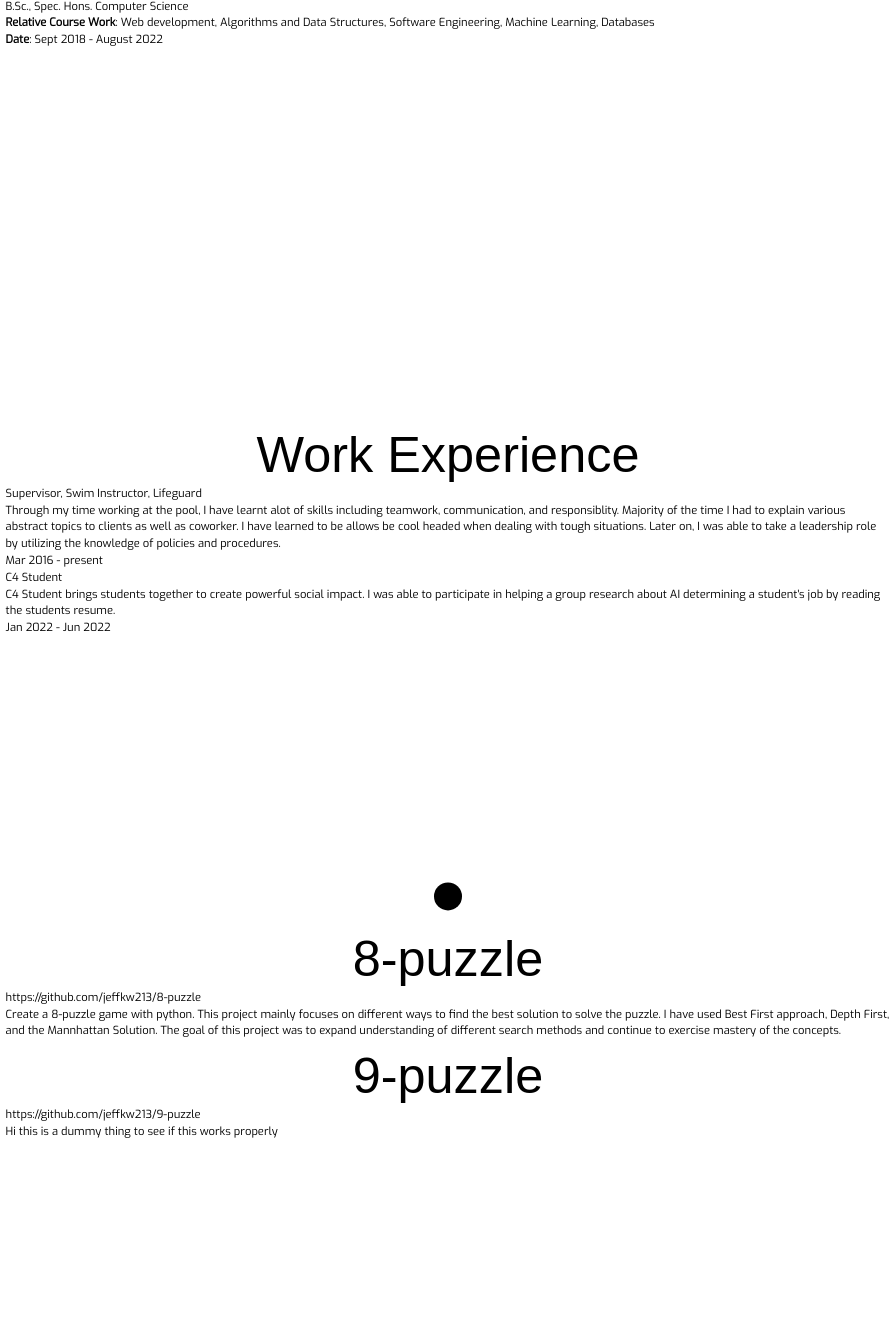
Repository: Jeffkw213/profile_website
Page: /
An editor plug-in stored every save of this project. The page is shown before and after the next save, followed by the edit.
The browser window is 1280 px wide. The pictures show the part of the page from y = 852 to 2772 px (the page is 2960 px tall), at 70% of full size.
Some web fonts or font styles are not loaded; a fallback is used. The project was rebuilt for these pictures with package versions that can differ from the ones it lists, and the page was loaded fresh each time. Also part of the build but not shown: vite.config.js.

Above is the page before, as saved 2022-09-30 15:44:15.

### src/index.jsx
import React from 'react';
import ReactDOM from 'react-dom/client';
import App from './App';
import reportWebVitals from './reportWebVitals';
import './index.css';

// DOM creates an instance of your App component, though it can also pass simple JSX without any component instantiation
const root = ReactDOM.createRoot(document.getElementById('root'));
root.render(
  <React.StrictMode>
    <App />
  </React.StrictMode>
);

// If you want to start measuring performance in your app, pass a function
// to log results (for example: reportWebVitals(console.log))
// or send to an analytics endpoint. Learn more: https://bit.ly/CRA-vitals
reportWebVitals();

### src/App.jsx
import Education from './components/Education';
import Nav from './components/Nav';
import Projects from './components/Projects';
import Title from './components/Title';
import Work from './components/Work';
import records from './data/records.json';
import Navitop from './components/NavigationTop';
const App = () => {
  return (
    <div className="scroll-smooth w-full box-border relative font-Exo min-w-[800]">
      <Navitop />
      <Title {...records.Who} />
      <Education {...records.Education} />
      <Work employ={records.Employment} />
      <Projects />
      <Nav {...records.Social} />
    </div>
  );
};

export default App;

### src/index.css
@import url('https://fonts.googleapis.com/css2?family=Exo:wght@100;400&display=swap');
@import url('http://fonts.cdnfonts.com/css/nexa-bold');

@tailwind base;
@tailwind components;
@tailwind utilities;

@layer base{
    html{
        scroll-behavior: smooth;
    }
}

### src/components/Education.jsx
export default function Education(props) {
  return (
    <div className=" h-screen p-2" id="education">
      <div>
        <h1 className="font-Nexa text-4xl sm:text-7xl text-center pt-4 pb-2">Education</h1>
      </div>
      <p>{props.School}</p>
      <p>{props.Degree}</p>
      <p><strong>Relative Course Work</strong>: {props.RelatativeCoursework}</p>
      <p>
      <strong>Date</strong>: {props.Start} - {props.Graduation}
      </p>
    </div>



  );
}

### src/components/Nav.jsx
//This is gonna be the navigation bar
//Need to create a list of
import Git from '../data/GitHub-Mark-64px.png';
import Linkedin from '../data/LI-In-Bug.png';
import Gmail from '../data/Gmail_Logo_64px.png';
export const List = (props) => (
  <nav className="flex justify-center">
    <ul className="">
      <li className="inline-block">
        <a href={props.Linkedin} target="_blank" rel="noopener noreferrer">
          <img src={Linkedin} alt="Linkedin Logo" className="h-16 opacity-[.35]" />
        </a>
      </li>
      <li className="inline-block">
        <a href={props.Github} target="_blank" rel="noopener noreferrer">
          <img src={Git} alt="Git Logo" className="h-16 opacity-[.35]" />
        </a>
      </li>
      <li className="inline-block ml-2">
        <a href={`mailto:${props.Email}?subject=Hi%20I'm%20Stupid`}>
          <img src={Gmail} alt="Gmail Logo" className="h-16 opacity-[.35]" />
        </a>
      </li>
    </ul>
  </nav>
);

export default function Nav(props) {
  return (
    <div className="h-20 relative w-full py-2 text-center bg-black" id='contacts'>
      <List {...props} />
    </div>
  );
}

### src/components/Projects.jsx
import projects from '../data/projects';

export default function Projects() {
  return (
    <div className='h-screen p-2' id="project">
      {projects.map((item, index) => {
        return (
          <div key={index}>
            <h2 className='font-Nexa text-4xl sm:text-7xl text-center pt-4 pb-2'>{item.name}</h2>
            <a href={item.link} target="_blank" rel="noopener noreferrer">
              {item.link}
            </a>
            <p>{item.about}</p>
          </div>
        );
      })}
    </div>
  );
}

### src/components/Title.jsx
// This is the title of the website
// There would be a breif discription of who I am
// And there would be a navigation button to scroll to a certain section of the page
import { FaProjectDiagram } from 'react-icons/fa';
import { BiArrowToBottom } from 'react-icons/bi';
export default function Title({ Name, Description }) {
  return (
    <div className="bg-black max-w-1/2 w-full px-4" id="home">

      <div className="flex items-center justify-center h-screen">
        <div className="relative max-w-[880px]">
          <div className="absolute inset-0.5 bg-gradient-to-r from-red-600 to-blue-600 rounded-full blur-2xl opacity-80"></div>

          <div className="relative m-2 py-12 text-white ">
            <h1 className="font-Nexa text-4xl sm:text-7xl text-center pt-4 pb-2">{Name}</h1>
            <p className="p-4 mx-0 sm:mx-14 max-w-screen-lg min-w-[50%]">{Description}</p>

            {/* Buttons */}
            <div className="flex items-center justify-center py-2">
              <a href="#project" className="px-2">
                <button
                  className="flex items-center justify-center p-2 px-3 bg-transparent text-white
        transition delay-150 duration-300 ease-in-out hover:scale-110"
                >
                  <FaProjectDiagram className="text-white mr-2" /> Projects
                </button>
              </a>
              <a href="/Resume.pdf" target="_blank" className="px-2">
                <button
                  className="flex items-center justify-center p-2 px-3 bg-transparent border-2 border-indigo-100 text-white
        transition delay-150 duration-300 ease-in-out hover:scale-110"
                >
                  <BiArrowToBottom className=" text-white mr-2" />
                  Resume
                </button>
              </a>
            </div>
          </div>
        </div>
      </div>
    </div>
  );
}

### src/components/Work.jsx
export default function Work({ employ }) {
  return (
    <div className="scroll-mt-10 h-screen max-w-1/2 flex flex-col justify-center items-center p-2" id="work">
      <h1 className="font-Nexa text-4xl sm:text-7xl text-center pt-4 pb-2"> Work Experience </h1>
      {employ.map((item, index) => {
        return (
          <div key={index} className="">
            <p>{item.Role}</p>
            <p>{item.Description}</p>
            <p>{item.Date}</p>
          </div>
        );
      })}
      <div className="bg-black mt-auto h-10 w-10 rounded-full"></div>
    </div>
  );
}

### src/data/records.json
{
  "Who": {
    "Name": "Wing To (Jeff) Kwan",
    "Location": {
      "City": "Richmond Hill",
      "Province": "Ontario",
      "Country": "Canada",
      "Street": "176 Kimono Crescent",
      "Postal": "L4S 2A4"
    },
    "Description": "Recently graduated student that is detail-oriented, and passionate to expand the process of development. Jeff has experience with working in a team to create a project, where he has demonstrated proficient communication and listening skills. He is a problem solver and a strong communicator eager to prove his value and talent at an emerging company. Motivated to advance and expand his skill set through targeted mentorship and challenging projects.",
    "Skills": {
      "Languages": "Python, Java, Javascript, CSS, HTML, SQL, Prolog, C#, C98, C99",
      "Framework": "Numpy, Pandas, MySQL, React, Node.js",
      "Platform": "Linux, Windows, MACOS, Android",
      "Techniques": "OOP, DataStructures, Machine Learning, Data Mining"
    }
  },
  "Social": {
    "Email": "jeffkwan10@gmail.com",
    "Linkedin": "https://www.linkedin.com/in/jeff-kwan-881a41203/",
    "Github": "https://github.com/Jeffkw213"
  },

  "Education": {
    "School": "York University",
    "Degree": "B.Sc., Spec. Hons. Computer Science",
    "RelatativeCoursework": "Web development, Algorithms and Data Structures, Software Engineering, Machine Learning, Databases",
    "Graduation": "August 2022",
    "Start": "Sept 2018"
  },

  "Employment": [
    {
      "Role": "Supervisor, Swim Instructor, Lifeguard",
      "Where": "City of Richmond Hill",
      "Description": "Through my time working at the pool, I have learnt alot of skills including teamwork, communication, and responsiblity. Majority of the time I had to explain various abstract topics to clients as well as coworker. I have learned to be allows be cool headed when dealing with tough situations. Later on, I was able to take a leadership role by utilizing the knowledge of policies and procedures.",
      "Date": "Mar 2016 - present"
    },
    {
      "Role": "C4 Student",
      "Where": "York University",
      "Description": "C4 Student brings students together to create powerful social impact. I was able to participate in helping a group research about AI determining a student's job by reading the students resume.",
      "Date": "Jan 2022 - Jun 2022"
    }
  ]
}

### src/components/NavigationTop.jsx
import { RiContactsLine } from 'react-icons/ri';

export default function ButtonNavi() {
  return (
    <header className="fixed flex w-full justify-end item-center h-20">
      <nav className="p-3 text-center">
        <div className='container flex justify-between items-center mx-auto'>
        <a href="#home">
          <button
            className="flex m-2 p-2 px-3 text-white
      transition delay-150 duration-300 ease-in-out hover:scale-110"
          >
            Home
          </button>
        </a>

        <a href="#education">
          <button
            className="flex m-2 p-2 px-3 bg-transparent text-white
      transition delay-150 duration-300 ease-in-out hover:scale-110"
          >
            Education
          </button>
        </a>
        <a href="#work">
          <button
            className="flex m-2 p-2 px-3 bg-transparent text-white
      transition delay-150 duration-300 ease-in-out hover:scale-110"
          >
            Work Experience
          </button>
        </a>
        <a href="#contacts">
          <button
            className="flex items-center justify-center m-2 p-2 px-3 bg-transparent text-white
        transition delay-150 duration-300 ease-in-out hover:scale-110 border border-slate-300 hover:bg-slate-600/20"
          >
            <RiContactsLine className=" text-white mr-2" />
            Contact
          </button>
        </a>
        </div>
      </nav>
    </header>
  );
}

### src/data/projects.js
export default [
  {
    name: '8-puzzle',
    about: 'Create a 8-puzzle game with python. This project mainly focuses on different ways to find the best solution to solve the puzzle. I have used Best First approach, Depth First, and the Mannhattan Solution. The goal of this project was to expand understanding of different search methods and continue to exercise mastery of the concepts.',
    link: 'https://github.com/jeffkw213/8-puzzle'
  },
  {
    name: '9-puzzle',
    about: 'Hi this is a dummy thing to see if this works properly',
    link: 'https://github.com/jeffkw213/9-puzzle'
  }
];

### tailwind.config.js
/** @type {import('tailwindcss').Config} */
module.exports = {
  content: ['./index.html', './src/**/*.{js,jsx}'],
  theme: {
    extend: {
      fontFamily: {
        Exo : "'Exo', sans-serif",
        Nexa : "'Nexa', sans-serif",
      },
      variants: {
        width: ["responsive", "hover", "focus"]
      },
      minWidth: {
        '1/2': '50%',
      }
    }
  },
  plugins: []
};

Loaded but not shown: public/index.html (common file); src/reportWebVitals.js (common file)

After the next save:
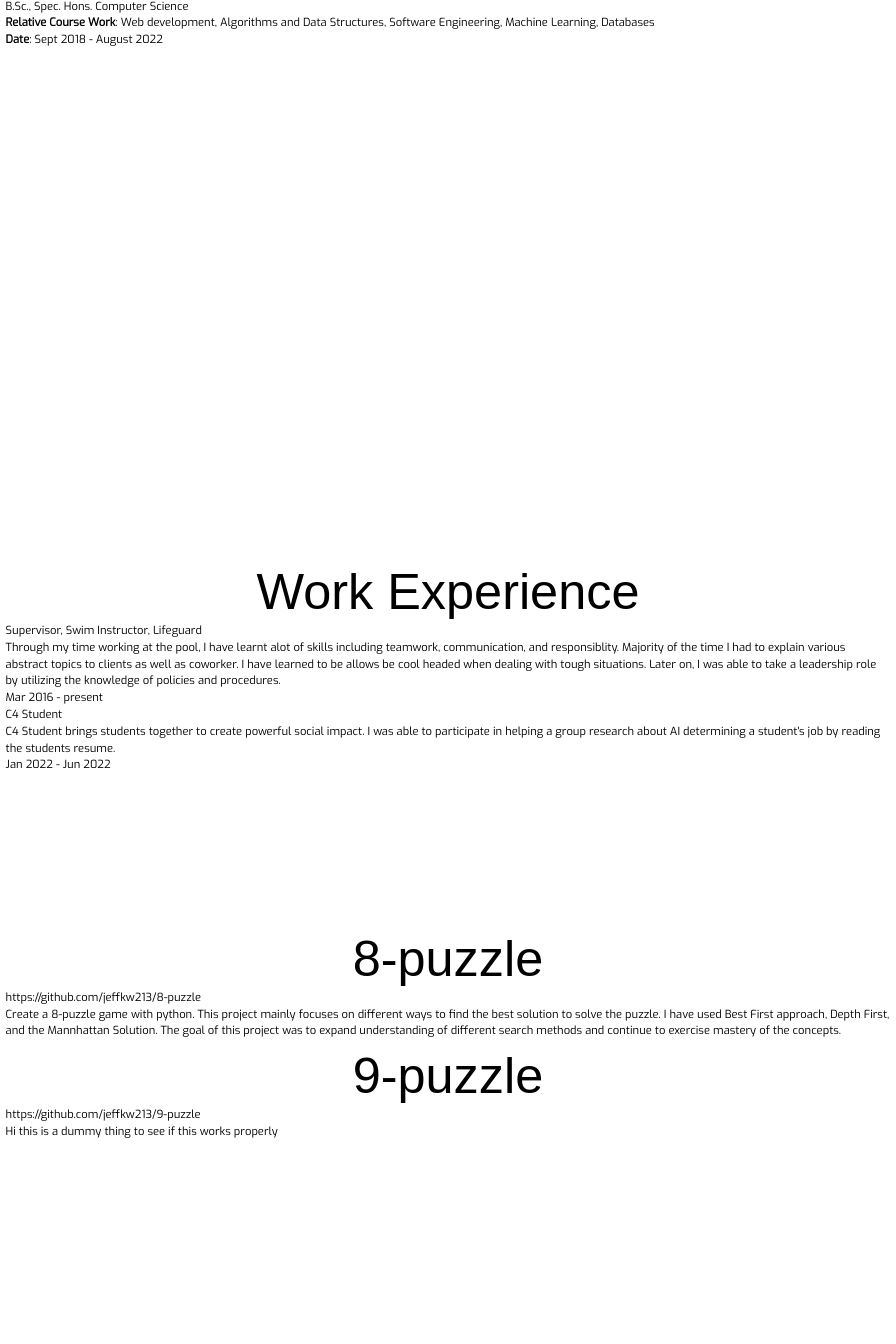
Saved 2 min 58 s later.
--- a/src/components/Work.jsx
+++ b/src/components/Work.jsx
@@ -11,7 +11,6 @@
           </div>
         );
       })}
-      <div className="bg-black mt-auto h-10 w-10 rounded-full"></div>
     </div>
   );
 }

After the save that followed:
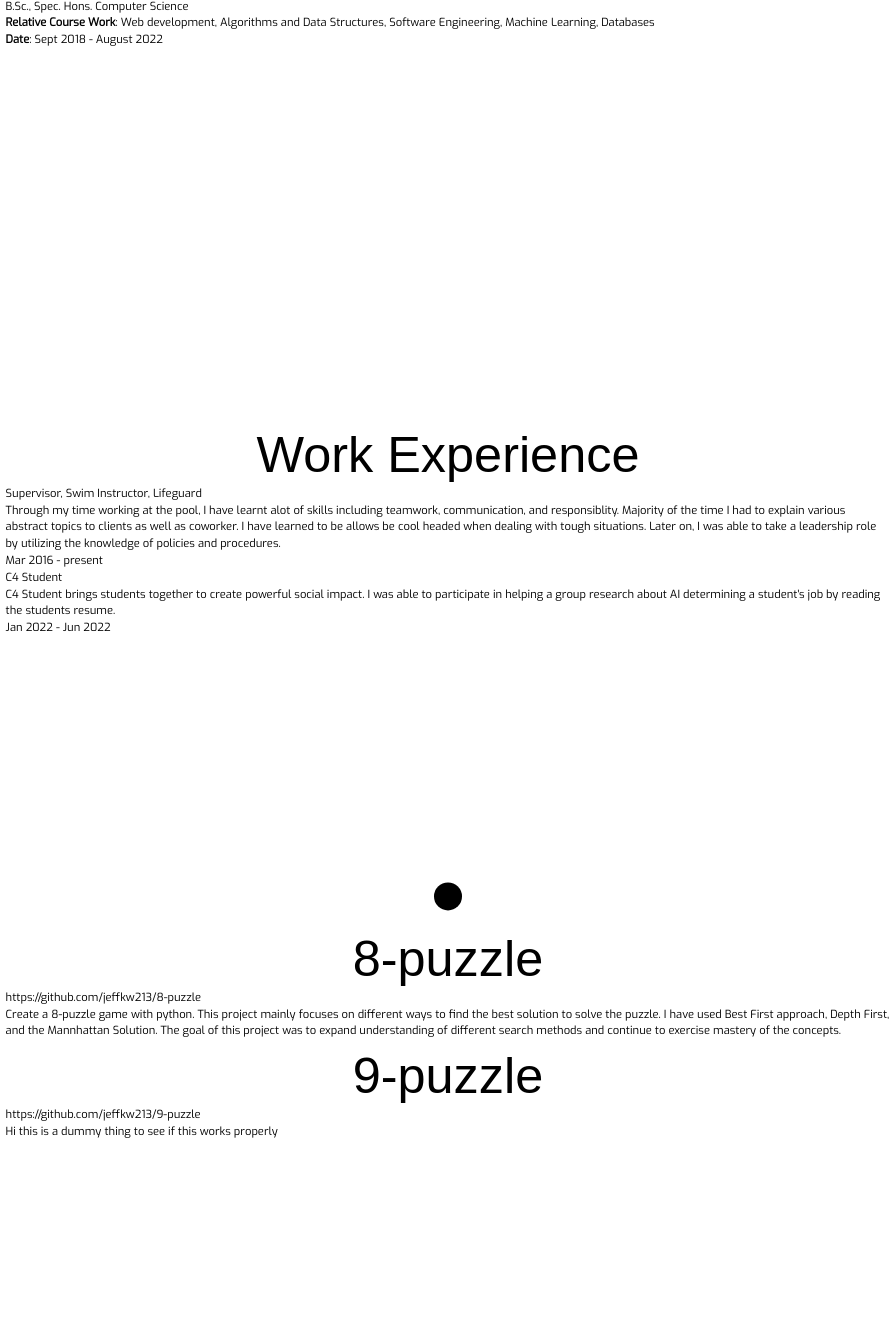
Saved 12 s later.
--- a/src/components/Work.jsx
+++ b/src/components/Work.jsx
@@ -11,6 +11,8 @@
           </div>
         );
       })}
+            <div className="bg-black mt-auto h-10 w-10 rounded-full"></div>
+
     </div>
   );
 }
